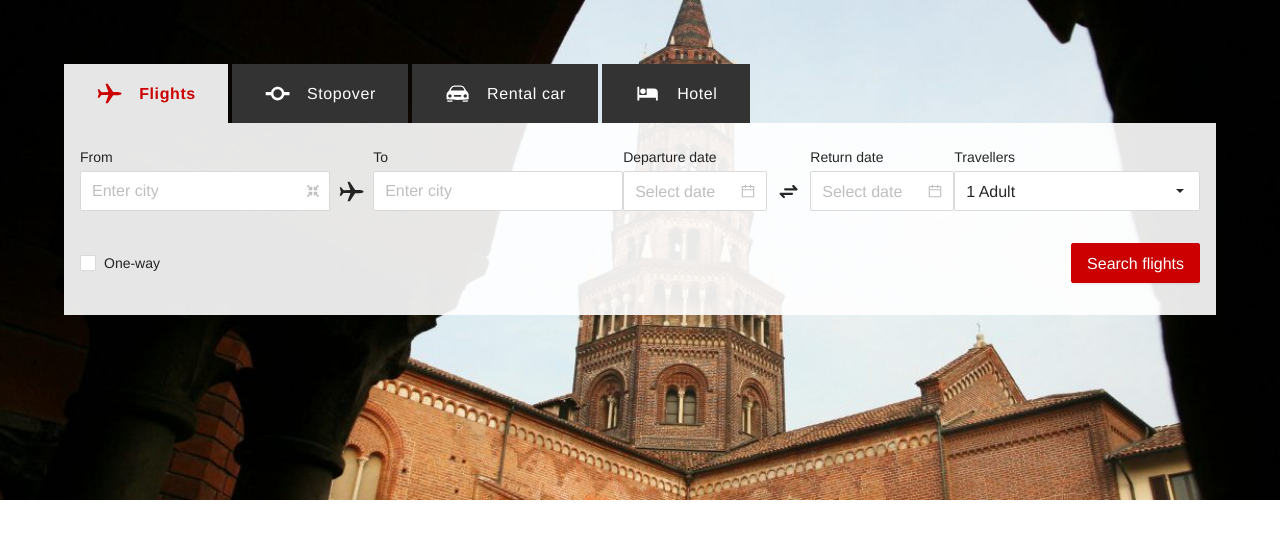
Repository: guidogr95/Everymundo-Excercise
Page: /
An editor plug-in stored every save of this project. The page is shown before and after the next save, followed by the edit.
The browser window is 1280 px wide. The pictures show the whole page.
The project was rebuilt for these pictures with package versions that can differ from the ones it lists, and the page was loaded fresh each time. Also part of the build but not shown: src/components/CustomSpin/customspin.scss, src/components/BookingMask/FlightsTab/AirportInputs/AirportInput/airportinput.scss, src/components/BookingMask/FlightsTab/PassengersInput/PassengersInputModal/PassengersControl/passengerscontrol.scss, src/components/BookingMask/FlightsTab/PassengersInput/PassengersInputModal/PassengersControl/index.jsx, src/components/BookingMask/ErrorsNotice/errorsnotice.scss, src/components/BookingMask/ErrorsNotice/index.jsx.

Above is the page before, as saved 2021-07-02 11:19:05.

### src/index.jsx
import React from 'react';
import ReactDOM from 'react-dom';
import App from './App';
import reportWebVitals from './reportWebVitals';
// redux
import { createStore, combineReducers } from 'redux'
import { Provider } from 'react-redux'
import { flightReducer } from 'src/redux/reducers/flightReducer'
import { errorsReducer } from 'src/redux/reducers/errorsReducer'

const reducers = combineReducers({
  flight: flightReducer,
  errors: errorsReducer
})
const store = createStore(reducers)

ReactDOM.render(
  <Provider store={store}>
    <App />
  </Provider>,
  document.getElementById('root')
);

// If you want to start measuring performance in your app, pass a function
// to log results (for example: reportWebVitals(console.log))
// or send to an analytics endpoint. Learn more: https://bit.ly/CRA-vitals
reportWebVitals();

### src/App.jsx
// assets
import { IoIosAirplane, IoMdGitCommit, IoIosCar, IoMdBed } from 'react-icons/io'
// components
import EmptyTab from 'src/components/BookingMask/EmptyTab'
import FlightsTab from 'src/components/BookingMask/FlightsTab'
import BookingMask from 'src/components/BookingMask'

import 'antd/dist/antd.css';
import './app.scss';

const tabs = [
  {
    name: 'Flights',
    icon: <IoIosAirplane />,
    component: <FlightsTab />
  },
  {
    name: 'Stopover',
    icon: <IoMdGitCommit />,
    component: <EmptyTab />
  },
  {
    name: 'Rental car',
    icon: <IoIosCar />,
    component: <EmptyTab />
  },
  {
    name: 'Hotel',
    icon: <IoMdBed />,
    component: <EmptyTab />
  }
]

function App() {
  return (
    <div className="App">
      <div className="flightmanager-container container" >
        <BookingMask tabs={tabs} />
      </div>
    </div>
  );
}

export default App;

### src/redux/reducers/flightReducer.js
// utils
import isEmpty from 'lodash/isEmpty'
// initial state
import { flightInitialState as initialState } from './states'

export const flightReducer = (state = initialState, action) => {
  switch(action.type){
    case '@geo/update-origin':
      return {
          ...state,
          geo: {
          ...state.geo,
          origin: action.payload
        }
      }
    case '@geo/update-destination':
      return {
          ...state,
          geo: {
          ...state.geo,
          destination: action.payload
        }
      }
    case '@date/update-departure':
      return {
          ...state,
          date: {
          ...state.date,
          departure: action.payload
        }
      }
    case '@date/update-to-return':
      return {
          ...state,
          date: {
          ...state.date,
          toReturn: action.payload
        }
      }
    case '@passengers/update-adults--add':
      return {
          ...state,
          passengers: {
          ...state.passengers,
          adults: {
            ...state.passengers.adults,
            value: returnPlusOne(state.passengers.adults.value)
          }
        }
      }
    case '@passengers/update-adults--subtract':
      return {
          ...state,
          passengers: {
          ...state.passengers,
          adults: {
            ...state.passengers.adults,
            value: returnMinusOne(state.passengers.adults.value, state.passengers.adults.min)
          }
        }
      }
    case '@passengers/update-children--add':
      return {
        ...state,
        passengers: {
          ...state.passengers,
          children: {
            ...state.passengers.children,
            value: returnPlusOne(state.passengers.children.value)
          }
        }
      }
    case '@passengers/update-children--subtract':
      return {
          ...state,
          passengers: {
          ...state.passengers,
          children: {
            ...state.passengers.children,
            value: returnMinusOne(state.passengers.children.value, state.passengers.children.min)
          }
        }
      }
    case '@passengers/update-infants--add':
      return {
        ...state,
        passengers: {
          ...state.passengers,
          infants: {
            ...state.passengers.infants,
            value: returnPlusOne(state.passengers.infants.value)
          }
        }
      }
    case '@passengers/update-infants--subtract':
      return {
          ...state,
          passengers: {
          ...state.passengers,
          infants: {
            ...state.passengers.infants,
            value: returnMinusOne(state.passengers.infants.value, state.passengers.infants.min)
          }
        }
      }
    case '@type/update-is-one-way':
      return {
          ...state,
          isOneWay: !state.isOneWay
      }
    default:
      return state;
  }
}

// helpers
const returnPlusOne = (val) => val + 1
const returnMinusOne = (val, min) => {
  const innerMin = min || 0
  if (val - 1 < innerMin) {
    return innerMin
  } else {
    return val - 1
  }
}

// action creators
// @geo
export const geoUpdateOrigin = (payload) => {
  return {
    type: '@geo/update-origin',
    payload
  }
}
export const geoUpdateDestination = (payload) => {
  return {
    type: '@geo/update-destination',
    payload
  }
}
// @date
export const dateUpdateDeparture = (payload) => {
  return {
    type: '@date/update-departure',
    payload
  }
}
export const dateUpdateToReturn = (payload) => {
  return {
    type: '@date/update-to-return',
    payload
  }
}
// @passengers
export const passUpdateAdd = (passengerType) => {
  return {
    type: `@passengers/update-${passengerType}--add`
  }
}
export const passUpdateSubtract = (passengerType) => {
  return {
    type: `@passengers/update-${passengerType}--subtract`
  }
}
// @type
export const typeUpdateIsOneWay = () => {
  return {
    type: '@type/update-is-one-way'
  }
}
// Link creator
export const createLink = (state) => {
  const getUrl = ({ origin, destination, departure, isOneWay, adults, children, infants }) => `https://www.swiss.com/us/en/Book/Outbound/${origin}-${destination}/from-${departure}${!isOneWay ? `/to-${toReturn}` : ''}/adults-${adults}/children-${children}/infants-${infants}/class-economy/al-LX/sidmbvl`

  const errors = []
  const { geo, date, passengers, isOneWay } = state
  let { departure, toReturn } = date
  let { origin, destination } = geo
  let { adults, children, infants } = passengers

  if (isEmpty(origin)) {
    errors.push('Origin')
  }
  if (isEmpty(destination)) {
    errors.push('Destination')
  }
  if (isEmpty(departure)) {
    errors.push('Departure date')
  }
  if (isEmpty(toReturn) && !isOneWay) {
    errors.push('Return date')
  }
  if (!isEmpty(errors)) {
    return errors
  } else {
    origin = origin.split('-')[1].trim()
    destination = destination.split('-')[1].trim()
    adults = adults.value
    children = children.value
    infants = infants.value
    window.open(getUrl({
      origin,
      destination,
      departure,
      toReturn,
      isOneWay,
      adults,
      children,
      infants
    }),'_blank')
  }
}

### src/redux/reducers/errorsReducer.js
import { errorsInitialState as initialState } from './states'

export const errorsReducer = (state = initialState, action) => {
  switch(action.type){
    case '@errors/update-add':
      return {
          ...state,
          errors: action.payload
      }
    case '@errors/update-remove':
      return initialState
    default:
      return state
    }
}

// action creators
// @errors
export const sendErrors = (payload) => {
  return {
    type: '@errors/update-add',
    payload
  }
}
export const removeErrors = () => {
  return {
    type: '@errors/update-remove'
  }
}

### src/components/BookingMask/EmptyTab/index.jsx
const EmptyTab = () => {
  return (
    <div>
      some more stuff
    </div>
  )
}

export default EmptyTab

### src/components/BookingMask/FlightsTab/index.jsx

// components
import AirportInputs from './AirportInputs'
import DateInputs from './DateInputs'
import PassengersInput from './PassengersInput'
import FlightType from './FlightType'
import SubmitFlight from './SubmitFlight'
import ErrorsNotice from 'src/components/BookingMask/ErrorsNotice'
// redux
import { useStore, useDispatch, useSelector } from 'react-redux'
import { createLink } from 'src/redux/reducers/flightReducer'
import { sendErrors, removeErrors } from 'src/redux/reducers/errorsReducer'

import './flightstab.scss'

export default function FlightsTab () {
  const store = useStore()
  const dispatch = useDispatch()
  const errors = useSelector(state => state.errors.errors)
  const handleSubmit = (e) => {
    e && e.preventDefault()
    const { flight } = store.getState()
    const res = createLink(flight)
    if (res?.length > 0) {
      dispatch(sendErrors(res))
    } else {
      dispatch(removeErrors())
    }
  }
  return (
    <form className="bookingmask__flight" onSubmit={handleSubmit} >
      {errors.length > 0 && <ErrorsNotice errors={errors} />}
      <div className="bookingmask__flight--controls" >
        <AirportInputs/>
        <DateInputs/>
        <PassengersInput
          label="Travellers"
          id={"passInput"}
        />
      </div>
      <div className="bookingmask__flight--footer" >
        <FlightType />
        <SubmitFlight />
      </div>
    </form>
  )
}

### src/components/BookingMask/index.jsx
import { useState } from 'react'
// components
import TabButton from './TabButton'

import './bookingmask.scss'

const BookingMask = ({ tabs }) => {

  const [activeTab, setActiveTab] = useState(tabs[0].name)
  const handleTab = name => setActiveTab(name)

  return (
    <section className="bookingmask" >
      <ul className="bookingmask__nav" >
        {tabs.map(tab =>
          <TabButton
            name={tab.name}
            onClick={handleTab}
            key={tab.name}
            activeTab={activeTab}
            icon={tab.icon}
          />
        )}
      </ul>
      <div className="bookingmask__tabs-wrapper" >
          {tabs.map(tab =>
            <div
              key={tab.name}
              className={`bookingmask__tab${activeTab === tab.name ? ' active' : ''}`}
            >
              {tab.component}
            </div>
          )}
      </div>
    </section>
  )
}

export default BookingMask

### src/app.scss
@import 'styles/global';

.App {
  .container {
    width: $desktop-maxwidth;
    max-width: 100%;
  }
  .flightmanager-container {
    background: url('./assets/images/bg.jpg');
    background-size: cover;
    background-position: center;
    min-height: 500px;
    margin: auto;
    padding: 4rem;
  }
}

### src/redux/reducers/states.js
export const flightInitialState = {
  isOneWay: false,
  geo: {
    origin: '',
    desination: ''
  },
  date: {
    departure: '',
    toReturn: '',
  },
  passengers: {
    adults: {
      value: 1,
      singular: 'Adult',
      plural: 'Adults',
      min: 1
    },
    children: {
      value: 0,
      singular: 'Child',
      plural: 'Children',
      legend: '(2 to 11 years)'
    },
    infants: {
      value: 0,
      singular: 'Infant',
      plural: 'Infants',
      legend: '(Up to 2 years)'
    }
  }
}

export const errorsInitialState = {
  errors: []
}

### src/components/BookingMask/FlightsTab/AirportInputs/index.jsx
// assets
import { IoIosAirplane } from 'react-icons/io'
import { FaCompressArrowsAlt } from 'react-icons/fa'
// components
import AirportInput from './AirportInput'
// redux
import { useDispatch, useSelector } from 'react-redux'
import { geoUpdateOrigin, geoUpdateDestination } from 'src/redux/reducers/flightReducer'

export default function AirportInputs () {
  const state = useSelector(state => state.flight.geo)
  const dispatch = useDispatch()
  const { origin, destination } = state

  return (
    <div className="bookingmask__flight--geo inputs-wrapper" >
      <AirportInput
        label="From"
        value={origin}
        setValue={(v) => dispatch(geoUpdateOrigin(v))}
        placeholder="Enter city"
        id="fromInput"
        showArrow={true}
        suffixIcon={<FaCompressArrowsAlt/>}
        />
      <span className="separator" >
        <IoIosAirplane/>
      </span>
      <AirportInput
        label="To"
        value={destination}
        setValue={(v) => dispatch(geoUpdateDestination(v))}
        placeholder="Enter city"
        id="toInput"
        showArrow={false}
      />
    </div>
  )
}

### src/components/BookingMask/FlightsTab/DateInputs/index.jsx
// assets
import { CgArrowsExchange } from 'react-icons/cg'
// components
import DateInput from './DateInput'
// redux
import { useDispatch, useSelector } from 'react-redux'
import { dateUpdateDeparture, dateUpdateToReturn } from 'src/redux/reducers/flightReducer'

export default function DateInputs () {
  const dispatch = useDispatch()
  const state = useSelector(state => state.flight.isOneWay)
  return (
    <div className="bookingmask__flight--date inputs-wrapper" >
      <DateInput
        label="Departure date"
        id="depInput"
        setValue={(v) => dispatch(dateUpdateDeparture(v))}
      />
      <span className={`separator${state ? ' hidden' : ''}`} >
        <CgArrowsExchange/>
      </span>
      <DateInput
        label="Return date"
        className={`${state ? 'hidden' : ''}`}
        id="returnInput"
        setValue={(v) => dispatch(dateUpdateToReturn(v))}
      />
    </div>
  )
}

### src/components/BookingMask/FlightsTab/PassengersInput/index.jsx
import { useState } from 'react'
// utils
import { Input } from 'antd'
// assets
import { IoMdArrowDropdown } from 'react-icons/io'
// components
import PassengersInputModal from './PassengersInputModal'
// redux
import { useSelector } from 'react-redux'

import './passengersinput.scss'

export default function PassengersInput ({ label, id }) {
  const state = useSelector(state => state.flight.passengers)
  const [showModal, setShowModal] = useState(false)
  const inputText = Object.values(state).map(entry => entry.value <= 0 ? '' : `${entry.value} ${entry.value > 1 ? entry.plural : entry.singular}` ).filter(entry => entry !== '').join(', ')

  return (
    <div className="bookingmask__flight--pass inputs-wrapper input-wrapper" >
      { label && <label htmlFor={id} >{label}</label>}
      <Input
        suffix={
          <IoMdArrowDropdown
            onClick={() => setShowModal(!showModal)}
            style={{ cursor: 'pointer' }}
          />
        }
        id={id}
        size="large"
        onClick={() => setShowModal(!showModal)}
        value={inputText}
      />
      <PassengersInputModal
        title="Travel details"
        isVisible={showModal}
        setIsVisible={setShowModal}
      />
    </div>
  )
}

### src/components/BookingMask/FlightsTab/FlightType/index.jsx
// utils
import { Checkbox } from 'antd';
// redux
import { useSelector, useDispatch } from 'react-redux'
import { typeUpdateIsOneWay } from 'src/redux/reducers/flightReducer'

export default function FlightType () {
  const state = useSelector(state => state.flight.isOneWay)
  const dispatch = useDispatch()

  return (
    <span>
      <Checkbox
        checked={state}
        onChange={e => dispatch(typeUpdateIsOneWay(e.target.checked))}
        size="large"
      >
        One-way
      </Checkbox>
    </span>
  )
}

### src/components/BookingMask/FlightsTab/SubmitFlight/index.jsx

// utils
import { Button } from 'antd';

export default function SubmitFlight () {
  return (
    <Button
      size="large"
      type="primary"
      htmlType="submit"
    >
      Search flights
    </Button>
  )
}

### src/components/BookingMask/FlightsTab/flightstab.scss
@import '/src/styles/variables';
.bookingmask__flight {
  display: flex;
  flex-direction: column;
  &--controls {
    display: grid;
    grid-template-columns: repeat(3, auto);
  }
  &--footer {
    margin-top: 2rem;
    display: flex;
    justify-content: space-between;
    align-items: center;
  }
  .separator {
    display: flex;
    align-items: center;
    font-size: $font-size-large;
    padding: 0 .5rem;
    height: 100%;
  }
  .inputs-wrapper {
    display: flex;
    align-items: flex-end;
  }
  .input-wrapper {
    position: relative;
    label {
      position: absolute;
      left: 0;
      bottom: calc(100% + .2rem);
    }
  }
}

### src/components/BookingMask/TabButton/index.jsx
import React from 'react'

export default function TabButton ({ name, onClick, activeTab, icon }) {
  return (
    <button
      className={activeTab === name ? 'active' : ''}
      onClick={() => onClick(name)}
      key={name}
    >
      {icon}<span>{name}</span>
    </button>
  )
}

### src/components/BookingMask/bookingmask.scss
@import '/src/styles/variables';
.bookingmask {
  &__nav {
    list-style: none;
    button {
      &:not(:first-of-type) {
        margin: $margin-tab-link;
      }
      color: $color-white;
      background: $color-gray;
      padding: $padding-tab-link;
      display: inline-flex;
      align-items: center;
      font-size: $font-size-normal;
      font-weight: $font-weight-small;
      letter-spacing: $letter-spacing-small;
      &.active {
        color: $color-red;
        font-weight: $font-weight-medium;
        background-color: $color-active-tab-bg;
      }
      svg {
        margin-right: 1rem;
        font-size: $font-size-large;
      }
    }
  }
  &__tabs-wrapper {
    position: relative;
  }
  &__tab {
    position: absolute;
    top: 0;
    left: 0;
    right: 0;
    padding: $padding-tab-content;
    background-color: $color-active-tab-bg;
    display: none;
    &.active {
      display: block;
    }
  }
}

### src/styles/_global.scss
@import 'variables';
@import 'mixins';

html,
body {
  position: relative;
  padding: 0;
  margin: 0;
  font-family: $font-family;
  -webkit-text-size-adjust: 100%;
  -webkit-font-smoothing: auto;
  -moz-font-smoothing: auto;
  -moz-osx-font-smoothing: auto;
  --antd-wave-shadow-color: #c00;
}
* {
  box-sizing: border-box;
}
ul {
  margin: 0;
  padding: 0;
}
button {
  border: none;
  cursor: pointer;
}
.ant-select {
  min-width: 250px;
}
.ant-select:not(.ant-select-disabled):hover .ant-select-selector,
.ant-select-focused:not(.ant-select-disabled).ant-select:not(.ant-select-customize-input) .ant-select-selector,
.ant-picker-focused,
.ant-picker-cell-in-view.ant-picker-cell-today .ant-picker-cell-inner::before,
.ant-picker:hover, .ant-picker-focused,
.ant-input-affix-wrapper:not(.ant-input-affix-wrapper-disabled):hover {
  border-color: $color-red !important;
}
.ant-picker-today-btn {
  color: $color-red !important;
}
body::-moz-selection,
body::selection {
  color: $color-red !important;
  background: $color-red !important;
}
.ant-btn-primary,
.ant-checkbox-checked .ant-checkbox-inner {
  background: $color-red !important;
  border-color: $color-red !important;
}
.hidden {
  visibility: hidden;
  opacity: 0;
}

### src/styles/_variables.scss
// measurements
$desktop-maxwidth: 90rem;
// colors
$color-red: #c00;
$color-gray: #333333;
$color-white: #fff;
$color-pink: #f8d6d6;
$color-light-gray: #ccc;
// fonts
// font-family
$font-family: SwissText,Helvetica,Arial,sans-serif,LufthansaMamSymbolText;
// font-weight
$font-weight-medium: 700;
$font-weight-small: 300;
// font-size
$font-size-small: 0.75rem;
$font-size-normal: 1rem;
$font-size-large: 1.7rem;
// line height
$line-height-medium: 2.2rem;
// letter spacing
$letter-spacing-small: .6px;

// tab variables
// colors
$color-active-tab-bg: hsla(0,0%,100%,.9);
// padding
$padding-tab-link: 1rem 2rem;
$padding-tab-content: 3rem 1rem 2rem 1rem;
// margin
$margin-tab-link: 0 0 0 .25rem;

### src/styles/_mixins.scss
// MIXINS
@mixin breakpoint($point) {
  @media (max-width: $point) {
    @content;
  }
}

### src/components/BookingMask/FlightsTab/AirportInputs/AirportInput/index.jsx
import { useCallback, useState, useMemo } from 'react'
// utils
import throttle from 'lodash/throttle'
import { Select } from 'antd'
// api
import { fetchAirports } from 'src/api/fetchers'
// components
import CustomSpin from 'src/components/CustomSpin'

import './airportinput.scss'

const { Option } = Select

const AirportInput = ({ placeholder, showArrow, suffixIcon, label, id , value, setValue }) => {

  const [isLoading, setIsLoading] = useState(false)
  const [data, setData] = useState([])

  const throttledFetch = useMemo(
    () =>
      throttle(val => {
        fetchAirports(val)
        .then((res) => setData(res.data || []))
        .catch(() => setData([]))
        .finally(() => {
          setIsLoading(false)
        })
      }, 2000),
    []
  )
  const handleSelect = useCallback(
    val => {
      setIsLoading(true)
      const innerVal = val || ''
      setValue(innerVal)
      // fetching api accepts a min of 3 letters for search
      if (innerVal.length <= 2) {
        setData([])
        setIsLoading(false)
      } else {
        throttledFetch(val)
      }
    },
    [throttledFetch, setValue]
  )

  return (
    <div className="airportinput__wrapper input-wrapper" >
      {label && <label htmlFor={id} >{label}</label>}
      <Select
        showSearch
        allowClear
        id={id}
        placeholder={placeholder || 'Enter city'}
        value={value || undefined}
        onSearch={handleSelect}
        onChange={(val) => setValue(val)}
        onClear={handleSelect}
        size='large'
        showArrow={showArrow}
        suffixIcon={suffixIcon}
        optionLabelProp='value'
        defaultActiveFirstOption={false}
        dropdownClassName="airportinput__dropdown"
        filterOption={false}
        notFoundContent={isLoading ? <CustomSpin size="medium"/> : null}
      >
        {data.length > 0
          ? data.map(airport =>
            <Option key={airport.iata} value={`${airport.city} - ${airport.iata}`} >
              <span>{airport.name}</span>
              <span>{airport.iata}</span>
              <span>{airport.country.name}</span>
            </Option>)
          : null
        }
      </Select>
    </div>
  )
}

export default AirportInput

### src/components/BookingMask/FlightsTab/DateInputs/DateInput/index.jsx
import { DatePicker } from 'antd'
import { useState } from 'react'

const DateInput = ({ id, label, setValue, className }) => {
  const [dateObj, setDateObj] = useState('')
  const onChange = (date, dateString) => {
    setDateObj(date)
    setValue(dateString)
  }
  return (
    <div className="dateinput__wrapper input-wrapper" >
      {label && <label className={className || ""} htmlFor={id} >{label}</label>}
      <DatePicker
        size="large"
        id={id}
        className={className || ""}
        value={dateObj}
        onChange={onChange}
      />
    </div>
  )
}

export default DateInput

### src/components/BookingMask/FlightsTab/PassengersInput/PassengersInputModal/index.jsx
import React from 'react'
// utils
import { Modal, Button } from 'antd'
// assets
import { IoMdClose } from 'react-icons/io'
// components
import  PassengersControl from './PassengersControl'
// redux
import { useStore } from 'react-redux'

const PassengersInputModal = React.memo(({ title, isVisible, setIsVisible }) => {
  const store = useStore()
  const { flight } = store.getState()
  const { passengers } = flight
  return (
    <Modal
      title={title || ''}
      centered
      visible={isVisible}
      closeIcon={<IoMdClose onClick={() => setIsVisible(false)} />}
      onOk={() => setIsVisible(false)}
      footer={[
        <Button
          size="large"
          type="primary"
          key="ok"
          onClick={() => setIsVisible(false)}
        >
          Continue
        </Button>
      ]}
    >
      {Object.entries(passengers).map(entry =>
        <PassengersControl
          key={entry[0]}
          passengerType={entry[0]}
          data={entry[1]}
        />
      )}
    </Modal>
  )
})

export default PassengersInputModal

### src/components/BookingMask/FlightsTab/PassengersInput/passengersinput.scss
.bookingmask__flight--pass {
  input {
    cursor: pointer;
    caret-color: transparent;
  }
}

### src/api/fetchers.js
// utils
import axios from 'axios'

const apiUrl = 'https://airportnames.vercel.app/api'

const fetchAirports = (term) => axios.post(`${apiUrl}/getAirports`, { term })

export {
  fetchAirports
}

### src/components/CustomSpin/index.jsx
import { Spin } from 'antd'
import { LoadingOutlined } from '@ant-design/icons'

import './customspin.scss'

const antIcon = <LoadingOutlined className="customspin" spin />

const CustomSpin = (props) => <Spin indicator={antIcon} {...props} />

export default CustomSpin

Loaded but not shown: public/index.html (common file); src/reportWebVitals.js (common file)

After the next save:
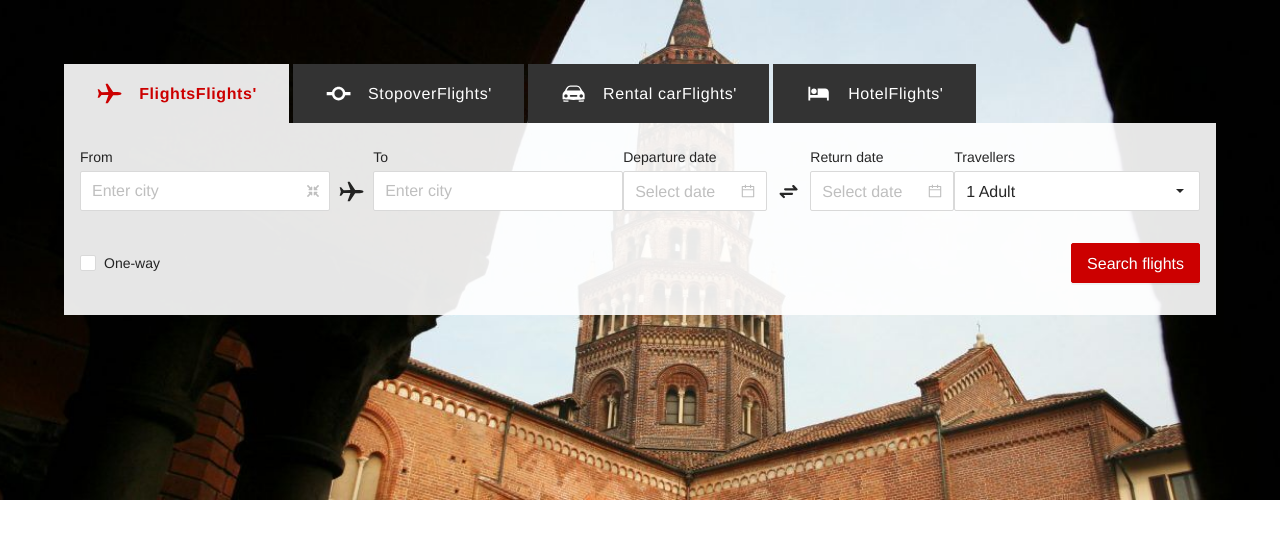
Saved 67 s later.
--- a/src/components/BookingMask/TabButton/index.jsx
+++ b/src/components/BookingMask/TabButton/index.jsx
@@ -7,7 +7,7 @@ export default function TabButton ({ name, onClick, activeTab, icon }) {
       onClick={() => onClick(name)}
       key={name}
     >
-      {icon}<span>{name}</span>
+      {icon}<span>{name}</span>Flights'
     </button>
   )
 }
